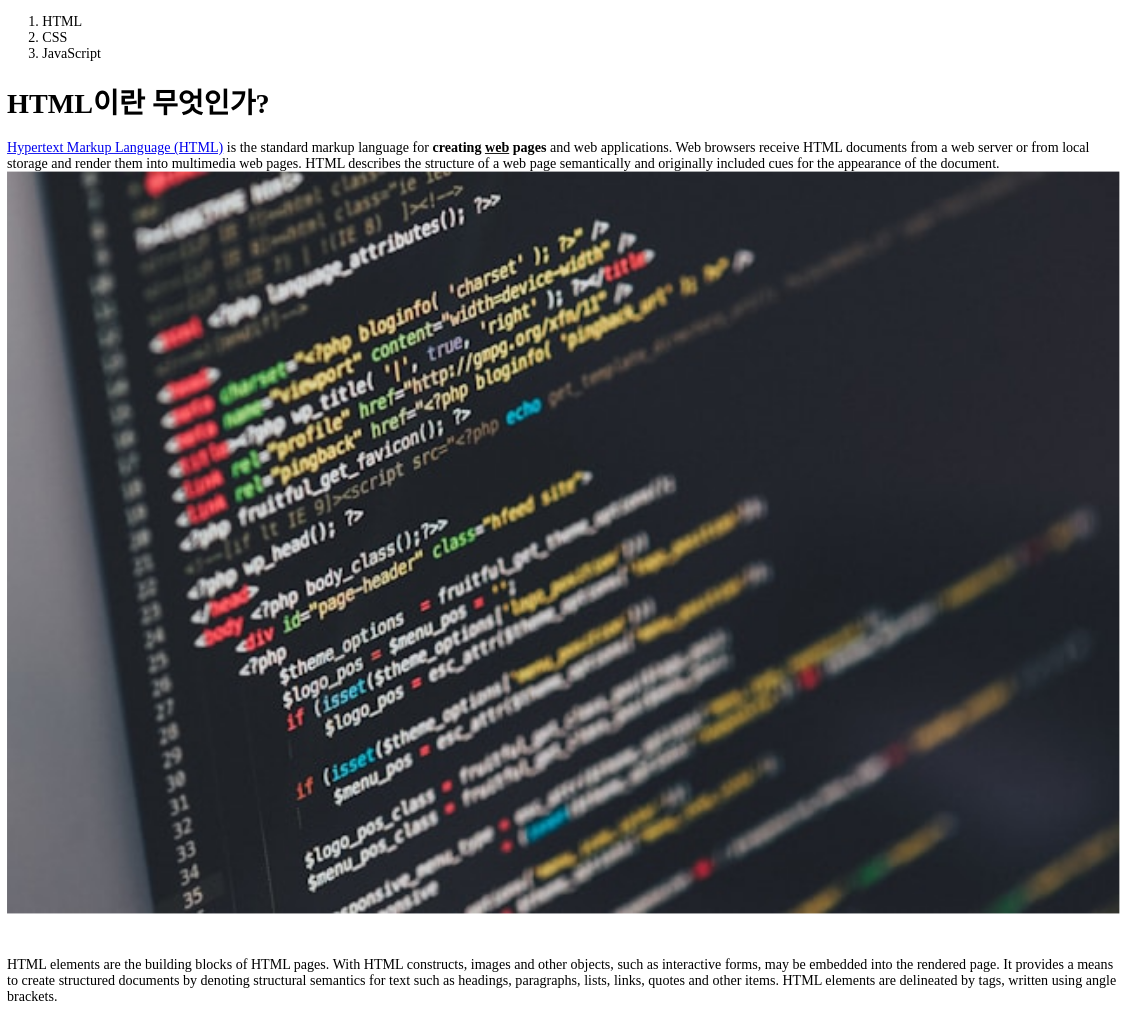
Repository: youngsik0405/Web-study
Page: Practice/WebContent/1.html
The author's editor kept a copy of each file at every save. The page is drawn from the files as they stood at one save, then again after the next save.
The browser window is 1280 px wide. The pictures show the whole page, at 88% of full size.

Above is the page before, as saved 2025-01-20 12:09:46.

### Practice/WebContent/1.html
<!DOCTYPE html>
<html>
<head>
<meta charset="UTF-8">
<title>WEB1 - html</title>
</head>
<body>
	<ol>
		<li>HTML</li>
		<li>CSS</li>
		<li>JavaScript</li>
	</ol>
	<h1>HTML이란 무엇인가?</h1>
	<p><a href="https://www.w3.org/TR/2011/WD-html5-20110405/"
	target="_blank" title="html5 specification">Hypertext Markup Language (HTML)</a> is
	the standard markup language for <strong>creating <u>web</u>
	 pages</strong> and web applications.
	 Web browsers receive HTML documents
	 from a web server or from local storage
	 and render them into multimedia web pages.
	 HTML describes the structure of a
	 web page semantically and originally included
	 cues for the appearance of the document.
	 <img src="img/coding2.jpg" width="100%;">
	</p><p style="margin-top:45px;">HTML elements are
	the building blocks of HTML pages.
	With HTML constructs, images and other objects,
	such as interactive forms, may be embedded into
	the rendered page. It provides a means to create
	structured documents by denoting structural
	semantics for text such as headings, paragraphs,
	lists, links, quotes and other items.
	HTML elements are delineated by tags,
	written using angle brackets.</p>


</body>
</html>

After the next save:
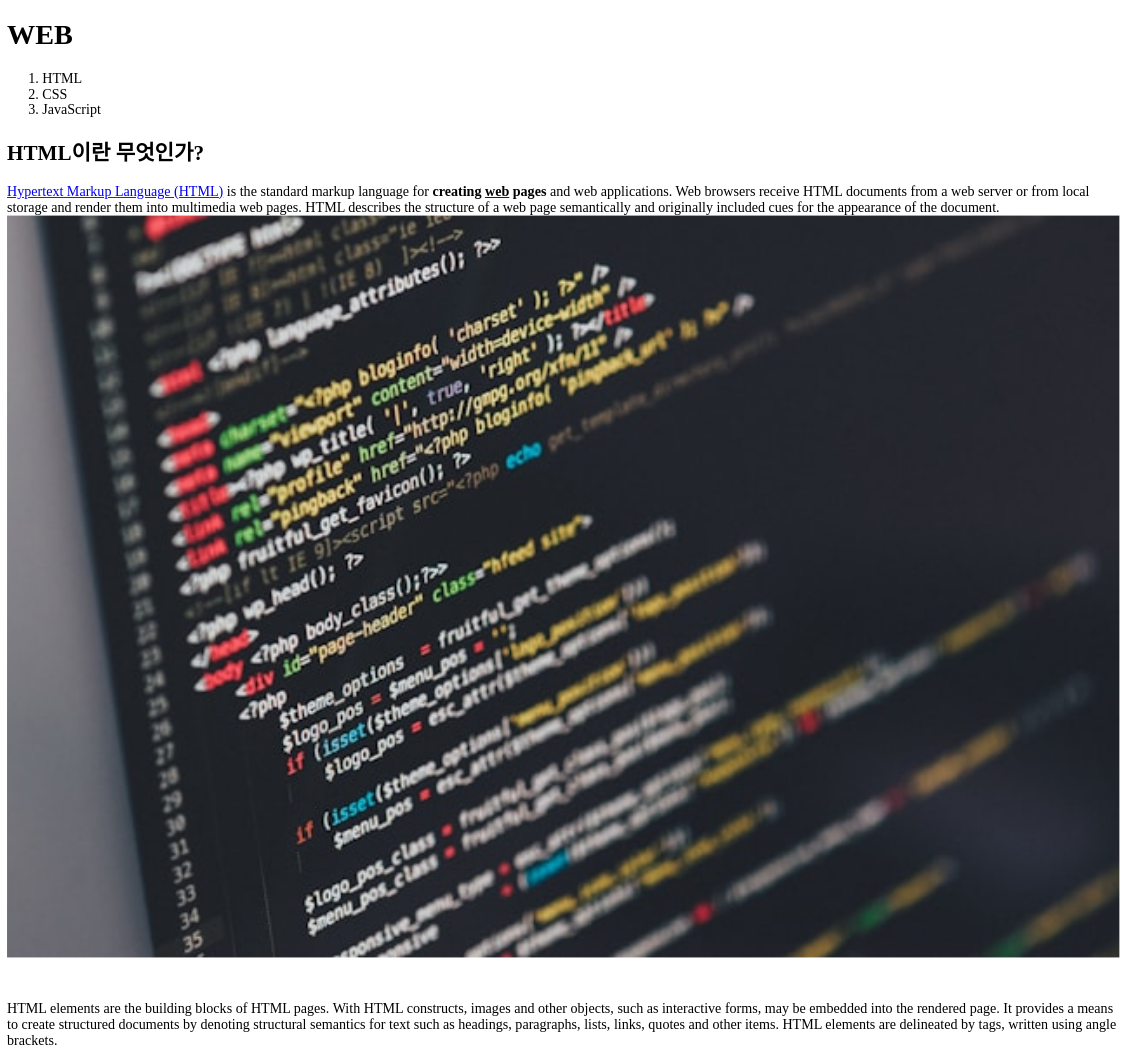
Saved 22 h 26 min later.
--- a/Practice/WebContent/1.html
+++ b/Practice/WebContent/1.html
@@ -5,12 +5,13 @@
 <title>WEB1 - html</title>
 </head>
 <body>
+	<h1>WEB</h1>
 	<ol>
 		<li>HTML</li>
 		<li>CSS</li>
 		<li>JavaScript</li>
 	</ol>
-	<h1>HTML이란 무엇인가?</h1>
+	<h2>HTML이란 무엇인가?</h2>
 	<p><a href="https://www.w3.org/TR/2011/WD-html5-20110405/"
 	target="_blank" title="html5 specification">Hypertext Markup Language (HTML)</a> is
 	the standard markup language for <strong>creating <u>web</u>
